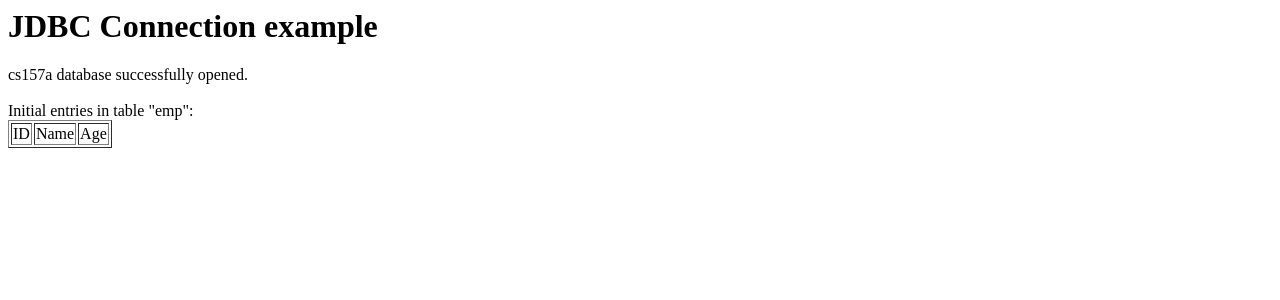
Repository: jcsandoval929/CS157A-HW1
Page: http://localhost/ThreeTierTest/HW1demo.jsp
An editor plug-in stored every save of this project. The page is shown before and after the next save, followed by the edit.
The browser window is 1280 px wide. The pictures show the whole page.
The page is served by Tomcat 9. Queries for data that is not in the repository find no rows.

Above is the page before, as saved 2019-09-16 08:35:55.

After the next save:
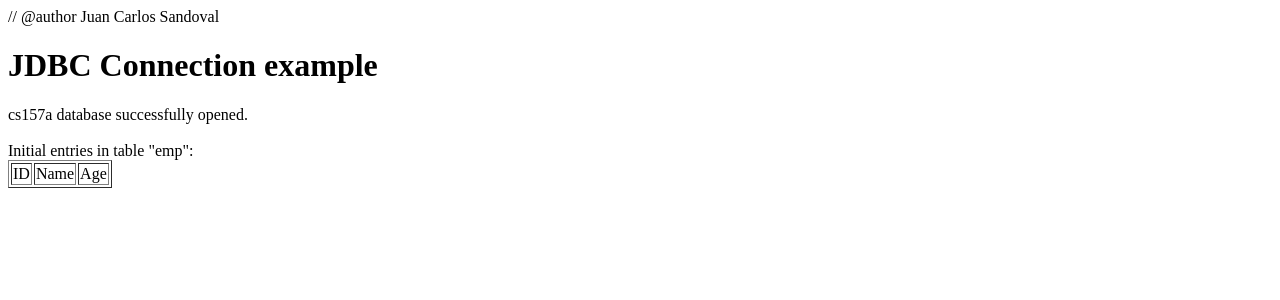
Saved 2 days later.
--- a/HW1Workspace/ThreeTierTest/WebContent/HW1demo.jsp
+++ b/HW1Workspace/ThreeTierTest/WebContent/HW1demo.jsp
@@ -1,3 +1,4 @@
+// @author Juan Carlos Sandoval
 <%@ page import="java.sql.*"%>
 <html>
 <head>
